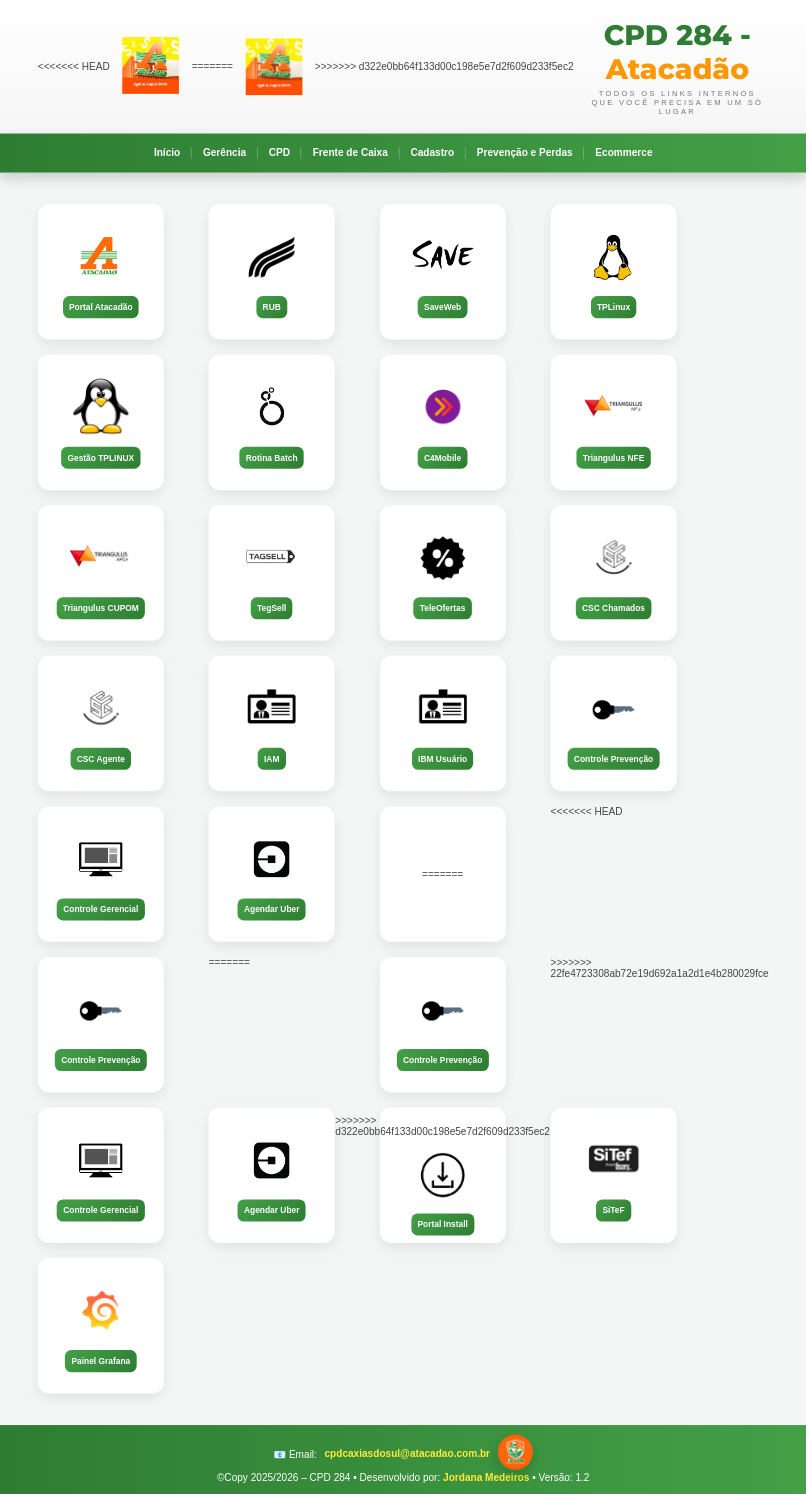
Repository: Iamjordana/projetositecpd284
Page: cpd.html
An editor plug-in stored every save of this project. The page is shown before and after a run of saves, followed by the edit.
The browser window is 1280 px wide. The pictures show the whole page, at 63% of full size.

Above is the page before, as saved 2026-01-19 15:06:38.

After the next 3 saves:
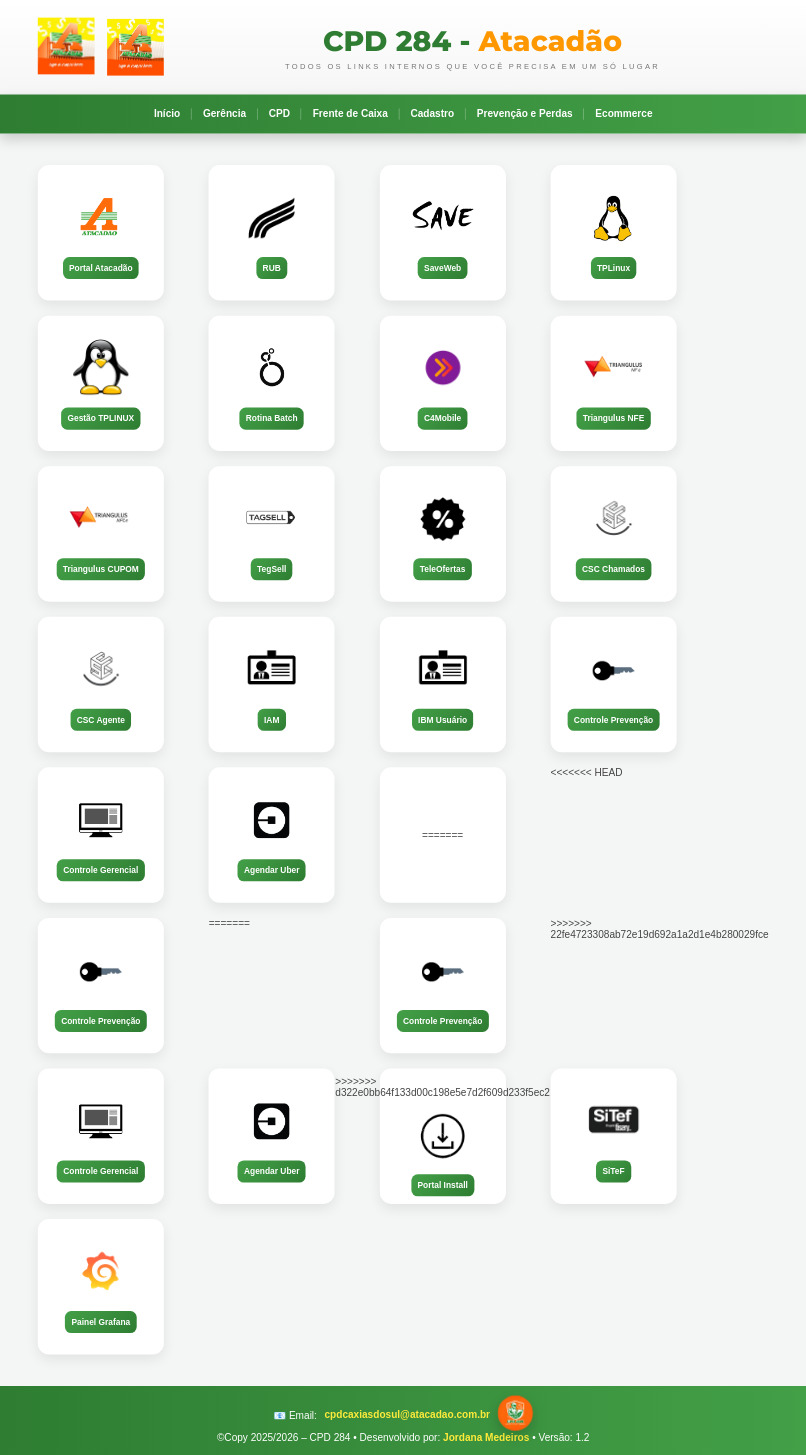
The 3 saves are shown as one change because they came seconds apart.
The last was saved 9 s later.
--- a/cpd.html
+++ b/cpd.html
@@ -13,11 +13,8 @@
   <div class="header-conteudo">
 
     <!-- LOGO -->
-<<<<<<< HEAD
     <a href="https://www.atacadao.com.br/?gad_source=1&gad_campaignid=20420614023&gbraid=0AAAAABtpTlcGW6y3akw7RKT1Yb7pAKuKd&gclid=CjwKCAiAmp3LBhAkEiwAJM2JUHXSWfP5_Djaq_11NZu4hlSceQ_92qgWRLRudqQOzaB98C2fKkaZ1BoCU14QAvD_BwE" ><img src="imagens/logoataca.jpg" alt="Atacadão" class="header-logo"></a>
-=======
     <img src="imagens/logoataca.jpg" alt="Atacadão" class="header-logo">
->>>>>>> d322e0bb64f133d00c198e5e7d2f609d233f5ec2
 
     <!-- TEXTO CENTRAL -->
     <div class="header-texto">
